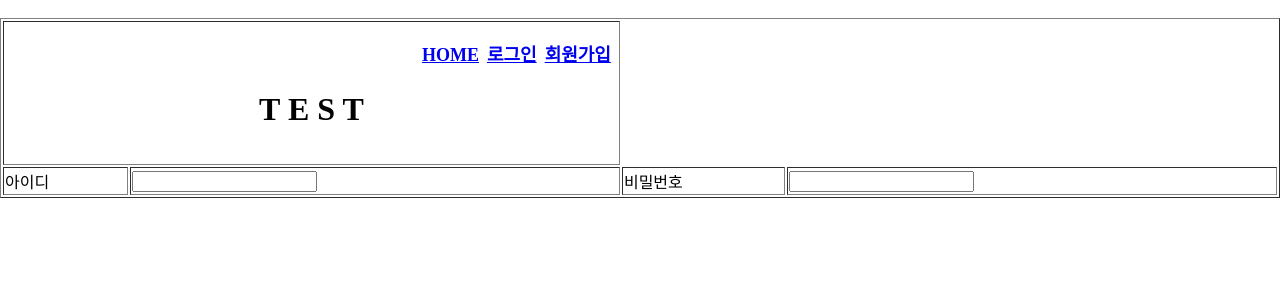
Repository: CHANGMAN-LEE/Java_ee
Page: http://localhost/test/test/loginForm.jsp
The author's editor kept a copy of each file at every save. The page is drawn from the files as they stood at one save, then again after the next save.
The browser window is 1280 px wide. The pictures show the whole page.
The page is served by Tomcat 9.

Above is the page before, as saved 2020-07-09 06:22:27.

### workspace/test/WebContent/test/loginForm.jsp
<%@ page language="java" contentType="text/html; charset=UTF-8"
    pageEncoding="UTF-8"%>

<!DOCTYPE html>
<html>
<head>
<meta charset="UTF-8">
<title>Insert title here</title>
</head>
<body marginheight="0" marginwidth="0">
<table style="width: 100%; height: 100%" border="1">
	<tr>
		<td height="140" colspan="2" align="center"><jsp:include page="../template/top.jsp"></jsp:include></td>
	</tr>

	<tr>
		<td>아이디</td>
		<td>
			<input type="text" name="id" class="id">
			<div class="idDiv"></div>
		</td>

		<br>

		<td>비밀번호</td>
		<td>
			<input type="password" name="pwd" class="pwd">
			<div class="pwdDiv"></div>
		</td>
	</tr>
</table>
</body>
</html>

### workspace/test/WebContent/template/top.jsp
<%@ page language="java" contentType="text/html; charset=UTF-8"
    pageEncoding="UTF-8"%>

<table width="100%">
	<tr>
		<td align="right">
			<a href="../test/index.jsp"><font size="4"><strong>HOME</strong></font></a>&nbsp;
			<a href="../test/loginForm.jsp"><font size="4"><strong>로그인</strong></font></a>&nbsp;
			<a href="../test/writeForm.jsp"><font size="4"><strong>회원가입</strong></font></a>&nbsp;
	</tr>
</table>
<h1>T E S T</h1>

After the next save:
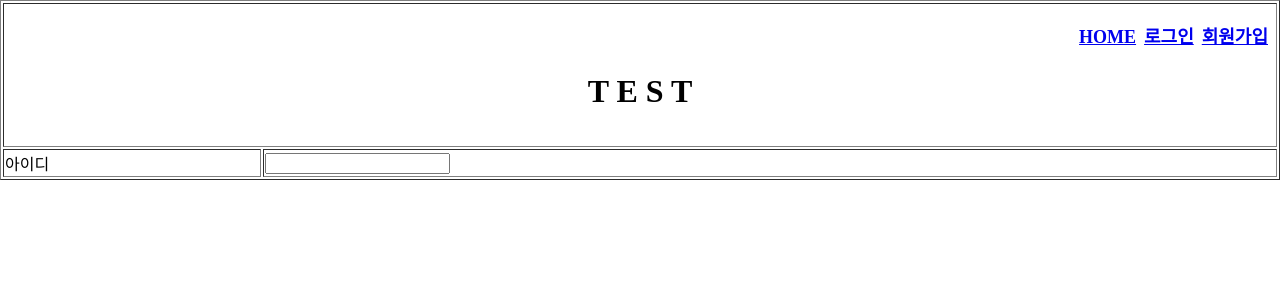
Saved 12 s later.
--- a/workspace/test/WebContent/test/loginForm.jsp
+++ b/workspace/test/WebContent/test/loginForm.jsp
@@ -20,13 +20,6 @@
 			<div class="idDiv"></div>
 		</td>
 
-		<br>
-
-		<td>비밀번호</td>
-		<td>
-			<input type="password" name="pwd" class="pwd">
-			<div class="pwdDiv"></div>
-		</td>
 	</tr>
 </table>
 </body>
